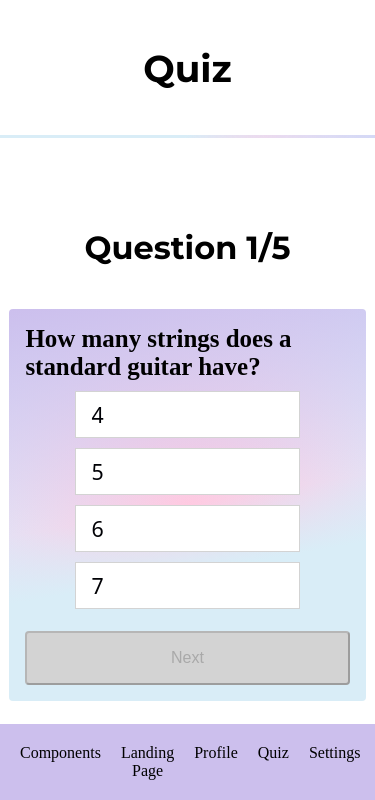
Repository: 1medi/pocketprof
Page: /quiz/page
The author's editor kept a copy of each file at every save. The page is drawn from the files as they stood at one save, then again after the next save.
The browser window is 375 px wide. The pictures show the whole page.
The project was rebuilt for these pictures with package versions that can differ from the ones it lists, and the page was loaded fresh each time. The framework's server and built-in components were replaced by stand-ins that run in the browser. Also part of the build but not shown: next.config.mjs, Components/Buttons/Oscar/Oscar.module.css, Components/Buttons/Oscar/index.js.

Above is the page before, as saved 2024-04-13 21:15:37.

### pages/quiz/page.jsx
'use client';
import React, { useState, useRef, useEffect } from 'react';
import { quiz } from "../data"
import styles from "./page.module.css"
import { Montserrat } from "next/font/google"
import Header from '@/Components/Header';
import NavBar from "@/Components/Navbar"


const notoSans = Montserrat({
  subsets: ['latin'],
});

export default function Page() {
  const [activeQuestion, setActiveQuestion] = useState(0);
  const [selectedAnswer, setSelectedAnswer] = useState('');
  const [checked, setChecked] = useState(false);
  const [selectedAnswerIndex, setSelectedAnswerIndex] = useState(null);
  const [showResult, setShowResult] = useState(false);
  const [result, setResult] = useState({
    score: 0,
    correctAnswers: 0,
    wrongAnswers: 0,
  });

  const nextButtonRef = useRef(null);

  const { questions } = quiz;
  const { answers, correctAnswer } = questions[activeQuestion];

  const onAnswerSelected = (answer, idx, event = null) => {
    if (event && event.type === 'keydown' && (event.key !== 'Enter' && event.key !== ' ')) {
      return;
    }
    setChecked(true);
    setSelectedAnswerIndex(idx);
    if (answer === correctAnswer) {
      setSelectedAnswer(true);
      console.log('true');
    } else {
      setSelectedAnswer(false);
      console.log('false');
    }
  };


  useEffect(() => {
    if (checked && nextButtonRef.current) {
      nextButtonRef.current.focus();
    }
  }, [checked]);

  const nextQuestion = () => {
    setSelectedAnswerIndex(null);
    setResult((prev) =>
      selectedAnswer
        ? {
            ...prev,
            score: prev.score + 5,
            correctAnswers: prev.correctAnswers + 1,
          }
        : {...prev,
            wrongAnswers: prev.wrongAnswers + 1,
          }
    );
    if (activeQuestion !== questions.length - 1) {
      setActiveQuestion((prev) => prev + 1);
    } else {
      setActiveQuestion(0);
      setShowResult(true);
    }
    setChecked(false);
  };

  return (
    <>
    <Header name="Quiz"/>
      <div className={`${styles.container}`}>
      <div>
        <h2 className={styles.activeQ}>
          Question {activeQuestion + 1}
          <span>/{questions.length}</span>
        </h2>
      </div>
      <div>
        {!showResult ? (
          <div className={styles.quizContainer}>
            <h3 className={styles.question}>{questions[activeQuestion].question}</h3>
            {answers.map((answer, idx) => (
              <li
                key={idx}
                onClick={() => onAnswerSelected(answer, idx)}
                onKeyDown={(event) => onAnswerSelected(answer, idx, event)}
                className={`${styles.answerList} ${selectedAnswerIndex === idx ? styles.itemSelected : styles.itemHover}`}
                tabIndex={0}>
                <span>{answer}</span>
              </li>
            ))}

            <button
              ref={nextButtonRef}
              onClick={nextQuestion}
              className={checked ? styles.btn : styles.btnDisabled}
              tabIndex={2}
              disabled={!checked}>
              {activeQuestion === questions.length - 1 ? 'Finish' : 'Next'}
            </button>
          </div>
        ) : (
          <div className={styles.quizContainer}>
            <h3 className={styles.hthree}>Results</h3>
            <h3 className={styles.hthree}>Overall {(result.score / (questions.length * 5)) * 100}%</h3>
            <p className={styles.paragraph}>
              Total Questions: <span>{questions.length}</span>
            </p>
            <p className={styles.paragraph}>
              Total Score: <span>{result.score}</span>
            </p>
            <p className={styles.paragraph}>
              Correct Answers: <span>{result.correctAnswers}</span>
            </p>
            <p className={styles.paragraph}>
              Wrong Answers: <span>{result.wrongAnswers}</span>
            </p>
            <button className={styles.btn} onClick={() => window.location.reload()}>Restart</button>
          </div>
        )}
      </div>
    </div>
    <NavBar/>
    </>

  );
};

### pages/api/chat-gpt/route.js
import { NextResponse } from "next/server";

export async function POST(request) {
  return NextResponse.json({
    name: "IT WORKS!!!",
  });
}

### styles/globals.css
:root {
background-color: white;
align-content: center;
--main-color-purple: #53239B;
--main-color-lightpurple: #CCBFED;
--secondary-color-blue: #9AB7F9;
--secondary-color-lightblue: #CCE3FB;

--font-header: 34pt ;
--font-section-header: 28pt;
--font-sub-header: 24pt;
--font-button: 16pt;
--font-body: 16pt;
--font-secondary: 14pt;
--font-tertiary:12pt;

--headings: "Montserrat", "sans-serif";;
--body-text: "Noto Sans", sans-serif;

}


* {
    padding: 0;
    margin: 0;
  }

  ol,
  ul {
    list-style: none;
  }

### pages/data.js
export const quiz = {
    totalQuestions: 5,
    questions: [
      {
        id: 1,
        question: 'How many strings does a standard guitar have?',
        answers: ['4', '5', '6', '7'],
        correctAnswer: '6',
      },
      {
        id: 2,
        question: 'Which part of the guitar do you strum or pluck the strings with?',
        answers: ['Headstock', 'Fretboard', 'Body', 'Bridge'],
        correctAnswer: 'Body',
      },
      {
        id: 3,
        question: 'What is a pick used for in playing the guitar?',
        answers: ['Holding the strings down', 'Strumming or plucking the strings', 'Keeping the guitar in tune', 'San Marino'],
        correctAnswer: 'Strumming or plucking the strings',
      },
      {
        id: 4,
        question: 'What is the name of the thickest string on the guitar?',
        answers: ['A string', 'E string', 'D string', 'G string'],
        correctAnswer: 'E string',
      },
      {
        id: 5,
        question: 'Where do you place your fingers to play different notes on the guitar?',
        answers: ['On the body', 'On the headstock', 'On the strings over the fretboard', 'On the tuning pegs'],
        correctAnswer: 'On the strings over the fretboard',
      },
    ],
  };

### pages/quiz/page.module.css

@media only screen and (max-width:431px) {
  .container{
  padding: 1rem 0;
  background-color: white;
  width: 95%;
  margin: auto;
  margin-top: 3rem;
  border-radius: 10px;
  font-size: var(--font-body);

}

.activeQ{
  color: black;
  text-align: center;
  padding:10px;
  font-family: var(--headings);
}

.hthree {
  padding-bottom: 2rem;
  color: #000105;
  font-size: 1.8rem;
}

.btn {
  padding: 16px 8px;
  width: 100%;
  margin-top: 12px;
  font-size: 1rem;
  border-radius: 4px;
  cursor: pointer;
  background-color: var(--main-color-purple);
  color: #f8f8f8;
}

.btnDisabled {
  background-color: lightgray;
  padding: 16px 8px;
  width: 100%;
  margin-top: 12px;
  font-size: 1rem;
  border-radius: 4px;
  color: darkgray;

}

.answerList {
  list-style-type: none;
  cursor: pointer;
  margin: 10px 50px;
  padding: 8px 15px;
  color: #000105;
  border: 1.5px solid lightgray;
  background-color: white;
  font-family: var(--body-text);
}


.activeQ{
  margin: 1rem;
}

.itemHover:hover {
  background-color: #CCBFED;
  columns: #fff;
}

.itemSelected {
  color: #474747;
  background-color:#8E71D5;
}

.quizContainer {
  background: linear-gradient(-10deg, #d9edf7 35%, rgba(237, 202, 216, 0) 50%, var(--main-color-lightpurple)), radial-gradient(circle, #ffcae1 0, #daeafc 100%);
  padding: 1rem;
  margin-top: 2rem;
  border-radius: 4px;
}

.paragraph {
  padding: 8px 0;
}

}

### Components/Header/index.js
import styles from "@/Components/Header/Header.module.css"
import Link from "next/link"
import { Montserrat } from "next/font/google"

const montserrat = Montserrat({
  subsets: ['latin'],
});
export default function Header({name}){
  return (
    <>
    <header className={styles.header}>

      <h1 className={styles.headerTitle}>{name}</h1>
    </header>
    </>
  )
}

### Components/Navbar/index.js
import styles from "./Navbar.module.css"
import Oscar from "@/Components/Buttons/Oscar"
import Link from "next/link"

export default function NavBar() {
  return (
    <nav className={styles.nav}>
        <div className={styles.navContainer}>
          <ul className={styles.navOptions}>
            <li className={styles.navLink}>
            <Link href={'/Components'} className={styles.navText}>Components </Link>
            </li>
            <li className={styles.navLink}>
            <Link href={'/LandingPage'} className={styles.navText}>Landing Page </Link>
            </li>
            <li className={styles.navLink}>
            <Link href={'/Profile'} className={styles.navText}>Profile </Link>
            </li>
            <li className={styles.navLink}>
            <Link href={'/QuizPage'} className={styles.navText}>Quiz</Link>
            </li>
            <li className={styles.navLink}>
            <Link href={'/Settings'} className={styles.navText}>Settings</Link>
            </li>
            <li className={styles.navLink}>
            <Link href={'/Subjects'} className={styles.navText}>Subjects</Link>
            </li>
          </ul>

        </div>
    </nav>
  )
}

### Components/Header/Header.module.css
.header{
  max-height: 400;
  height: 6em;
  position: relative;
  padding: 1.3rem;
  backdrop-filter: blur(10px);
  }

  .header::before {
    content: "";
    position: absolute;
    inset: 0;
    border-bottom: 3px solid transparent;
    background: linear-gradient(140deg,  #d9edf7 35%, rgba(237, 202, 216, 0) 50%, var(--main-color-lightpurple)), radial-gradient(circle, #ffcae1 0, #daeafc 100%) border-box;
    mask: linear-gradient(#fff 0 0) padding-box, linear-gradient(#fff 0 0);
    mask-composite: exclude;
  }


.headerTitle{
  text-align: center;
  margin:auto;
  display: flex;
  justify-content: center;
  color: black;
  padding-top: 25px;
  font-family: var(--headings);
  font-size: var(--font-section-header);
}

### Components/Navbar/Navbar.module.css
@media only screen and (max-width:430px) {
  .nav {
  position: fixed;
  bottom: 0;
  left: 0;
  width: 100%;
  display: flex;
  flex-direction: row;
  background-color:var(--main-color-lightpurple);
  justify-content: space-around;
}

.navContainer{
  position: relative;
  justify-content: space-around;
  width: 100%;
}
.buttonContainer{
  padding:10px;

}

.navOptions{
  display: flex;
  flex-direction: row;
  text-align: center;
  justify-content: space-around;
  padding: 10px;
  text-decoration: none;
}

.navLink{
  padding: 10px;
  border-radius: 10px;
  text-decoration: none;
  list-style: none;
  position: relative;
  justify-content: center;
}

.image:hover{
  background-color: #8b82a4;
}

.navText{
  text-decoration: none;
  list-style: none;
  color:black;
}

.navText:visited{
  text-decoration: none;
  list-style: none;
  color: black;
}
}

Loaded but not shown: pages/_app.js (common file); pages/_document.js (common file); pages/api/hello.js (common file); pages/api/askOscar.js (no copy from this time; the picture is the same without it); pages/api/chat.js (no copy from this time; the picture is the same without it); pages/api/image.js (no copy from this time; the picture is the same without it)

After the next save:
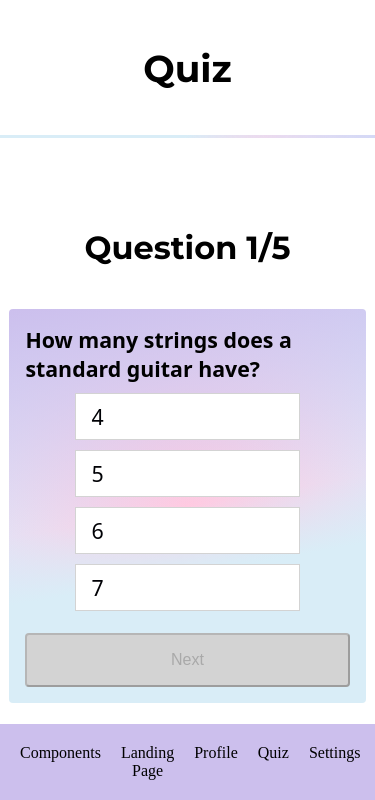
Saved 3 min 18 s later.
--- a/pages/quiz/page.module.css
+++ b/pages/quiz/page.module.css
@@ -16,6 +16,11 @@
   text-align: center;
   padding:10px;
   font-family: var(--headings);
+}
+
+.question{
+  font-family: var(--body-text);
+  font-size: var(--font-body);
 }
 
 .hthree {
